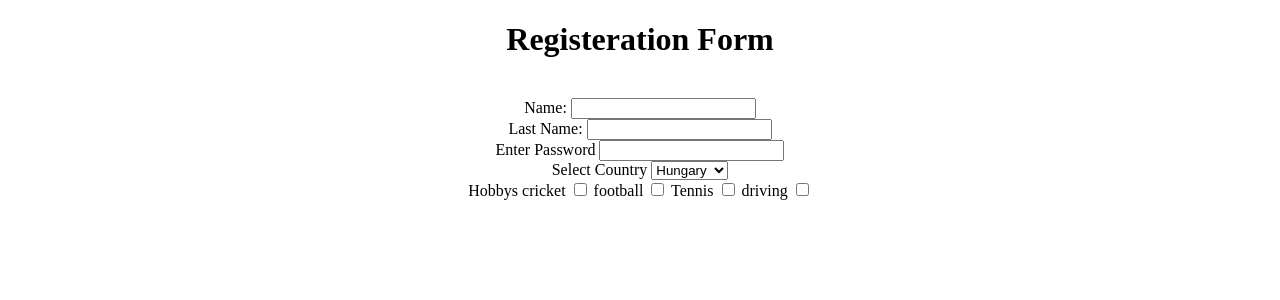
Repository: DevKhanHassam/SpringMvc
Page: http://localhost/formPractice/WEB-INF/views/form.jsp
These files come from the project's save history. The page is drawn as it stood at one moment and after the next save; the edit follows.
The browser window is 1280 px wide. The pictures show the whole page.
The page is served by Tomcat 9. Nobody is signed in. The template is opened directly, without the code that normally fills it, so the values that code supplies are empty.

Above is the page before, as saved 2024-05-16 18:19:21.

After the next save:
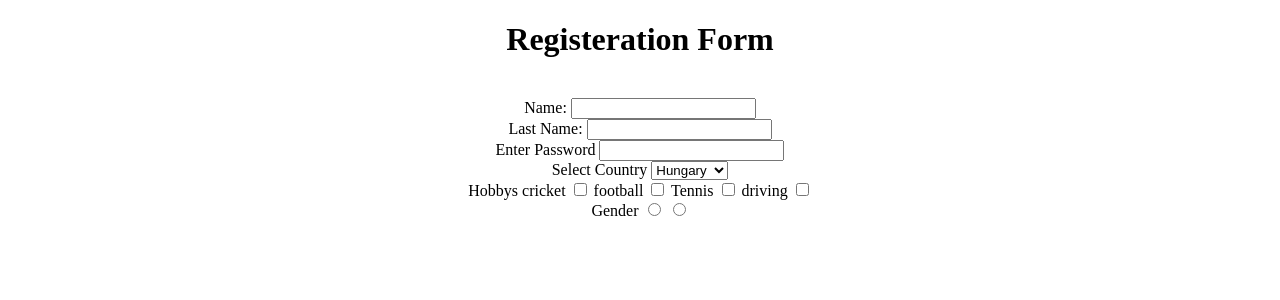
Saved 112 s later.
--- a/formPractice/src/main/webapp/WEB-INF/views/form.jsp
+++ b/formPractice/src/main/webapp/WEB-INF/views/form.jsp
@@ -37,6 +37,12 @@
 		     Tennis <form:checkbox path="hobby" value="Tennis" />
 		     driving <form:checkbox path="hobby" value="driving" />
 
+		     <div></div>
+
+		     <label>Gender</label>
+		     <form:radiobutton value="Male" path="gender"/>
+		      <form:radiobutton value="female" path="gender"/>
+
 		</form:form>
 
 	</div>
